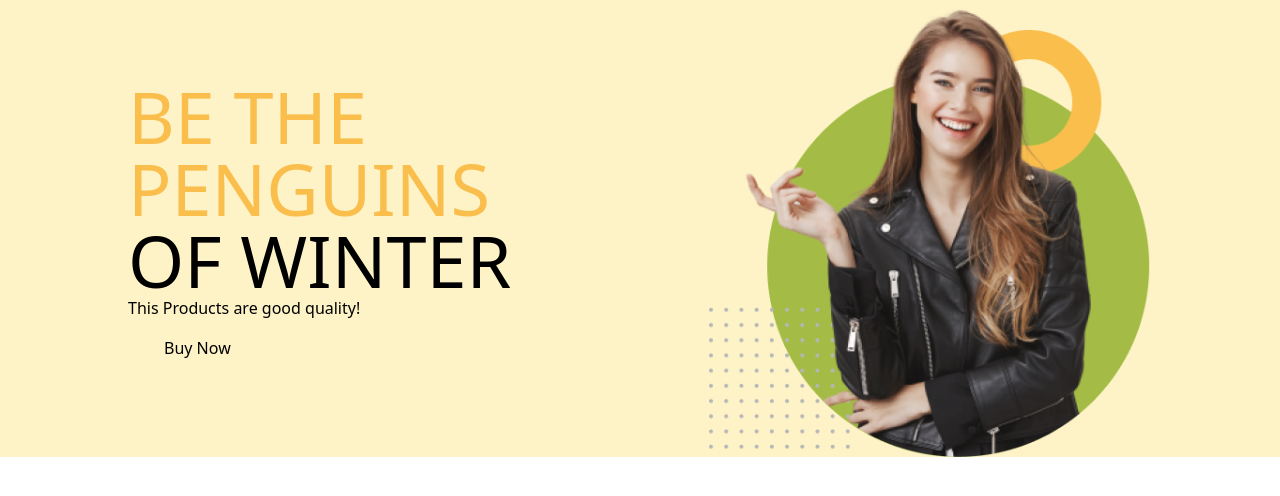
Repository: SyeadaSakina/Penguins-fashion
Page: index.html
The author's editor kept a copy of each file at every save. The page is drawn from the files as they stood at one save, then again after the next save.
The browser window is 1280 px wide. The pictures show the whole page.
Some web libraries are served in a nearby version.

Above is the page before, as saved 2023-07-21 22:46:38.

After the next save:
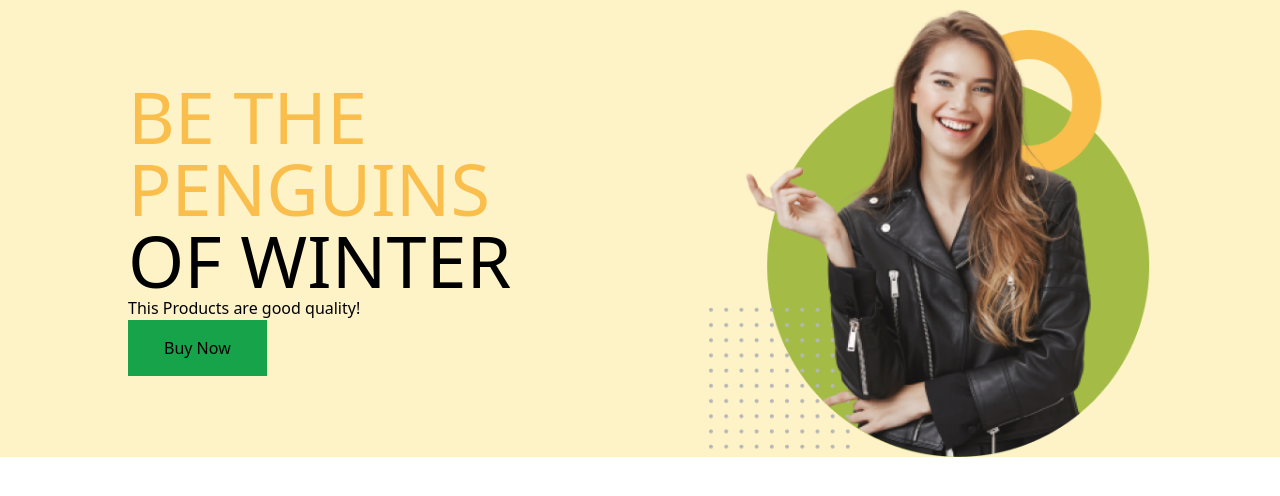
Saved 12 s later.
--- a/index.html
+++ b/index.html
@@ -24,7 +24,7 @@
                 <p>
                     This Products are good quality!
                 </p>
-                <button class="py-4 px-9 bg-green-600s">Buy Now</button>
+                <button class="py-4 px-9 bg-green-600">Buy Now</button>
             </div>
             <div>
                 <img src="images/model.png" alt="Image of a model">
